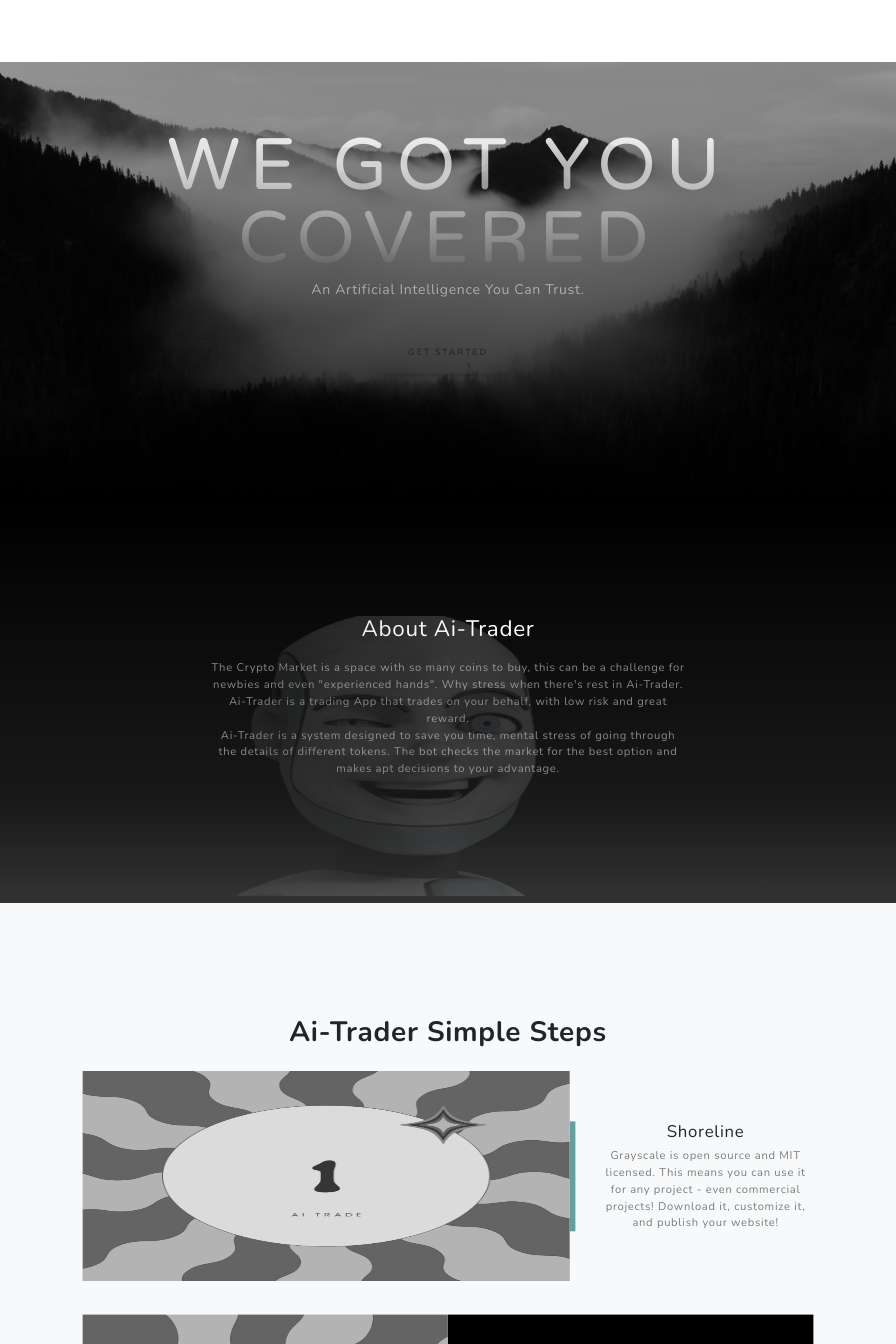
Repository: seyicoded/ico_one
Page: docs/index.html
These files come from the project's save history. The page is drawn as it stood at one moment and after the next save; the edit follows.
The browser window is 1280 px wide. The pictures show the part of the page from y = 0 to 1920 px (the page is 4178 px tall), at 70% of full size.

Above is the page before, as saved 2022-02-13 17:08:30.

### docs/index.html
<!DOCTYPE html>
<html lang="en">
    <head>
        <meta charset="utf-8" />
        <meta name="viewport" content="width=device-width, initial-scale=1, shrink-to-fit=no" />
        <meta name="description" content="" />
        <meta name="author" content="" />
        <title>Ai-Trader</title>
        <link rel="icon" type="image/x-icon" href="assets/favicon.ico" />
        <!-- Font Awesome icons (free version)-->
        <script src="https://use.fontawesome.com/releases/v5.15.4/js/all.js" crossorigin="anonymous"></script>
        <!-- Google fonts-->
        <link href="https://fonts.googleapis.com/css?family=Varela+Round" rel="stylesheet" />
        <link href="https://fonts.googleapis.com/css?family=Nunito:200,200i,300,300i,400,400i,600,600i,700,700i,800,800i,900,900i" rel="stylesheet" />
        <!-- Core theme CSS (includes Bootstrap)-->
        <link href="css/styles.css" rel="stylesheet" />
        <link href="css/animate.css" rel="stylesheet" />
        <link href="css/custom.css" rel="stylesheet" />
        <script src="js/jquery.js"></script>
        <script src="js/wow.js"></script>
        <script src="js/bs.js"></script>
        <script type="text/javascript">
            //Initiat WOW JS
            window.onload = function(){
                $("#loaderr").hide();
                new WOW().init();
            }
            // new WOW().init();
        </script>
        <style>
            #loaderr{
                position: fixed;
                z-index: 99;
                top: 0;
                bottom: 0;
                left: 0;
                right: 0;
                background: linear-gradient(grey, black);
                display: flex;
                justify-content: center;
                align-items: center;
            }
            #skip-loader{
                position: fixed;
                bottom: 3%;
                right: 3%;
                background-color: transparent;
                color: white;
                border: none;
            }
        </style>
    </head>
    <body id="page-top">
        <!--  loader start -->
        <div id="loaderr">
            <img src="assets/svg/Spin-0.5s-247px.svg" />
            <button id="skip-loader" onclick="$('#loaderr').hide()">skip</button>
        </div>
        <!-- loader stop -->

        <!-- Navigation-->
        <nav class="navbar navbar-expand-lg navbar-light fixed-top" id="mainNav">
            <div class="container px-4 px-lg-5">
                <a class="navbar-brand" href="#page-top">Ai-Trader</a>
                <button class="navbar-toggler navbar-toggler-right" type="button" data-bs-toggle="collapse" data-bs-target="#navbarResponsive" aria-controls="navbarResponsive" aria-expanded="false" aria-label="Toggle navigation">
                    Menu
                    <i class="fas fa-bars"></i>
                </button>
                <div class="collapse navbar-collapse" id="navbarResponsive">
                    <ul class="navbar-nav ms-auto">
                        <li class="nav-item"><a class="nav-link" href="#about">About</a></li>
                        <li class="nav-item"><a class="nav-link" href="#projects">Projects</a></li>
                        <li class="nav-item"><a class="nav-link" href="#signup">Contact</a></li>
                    </ul>
                </div>
            </div>
        </nav>
        <!-- Masthead-->
        <header class="masthead">
            <div class="container px-4 px-lg-5 d-flex h-100 align-items-center justify-content-center">
                <div class="d-flex justify-content-center">
                    <div class="text-center">
                        <h1 class="mx-auto my-0 text-uppercase wow fadeIn animated" data-wow-duration="1090ms" data-wow-delay="1000ms">We Got You Covered</h1>
                        <h2 class="text-white-50 mx-auto mt-2 mb-5 wow fadeIn animated" data-wow-duration="1090ms" data-wow-delay="1300ms">An Artificial Intelligence You Can Trust.</h2>
                        <a class="btn btn-tertiary wow fadeIn animated" style="color: white !important; font-weight: bolder; display: none !important;;" href="#about"  data-wow-duration="1090ms" data-wow-delay="1600ms">Get Started</a>
                    </div>
                </div>
            </div>
        </header>
        <!-- About-->
        <section class="about-section text-center" id="about">
            <div class="container px-4 px-lg-5">
                <div class="row gx-4 gx-lg-5 justify-content-center">
                    <div class="col-lg-8">
                        <h2 class="text-white mb-4">About Ai-Trader</h2>
                        <p class="text-white-50">
                            The Crypto Market is a space with so many coins to buy, this can be a challenge for newbies and even "experienced hands". Why stress when there's rest in Ai-Trader. <br />
                            Ai-Trader is a trading App that trades on your behalf, with low risk and great reward. <br />
                            Ai-Trader is a system designed to save you time, mental stress of going through the details of different tokens. The bot checks the market for the best option and makes apt decisions to your advantage.
                        </p>
                    </div>
                    <img class="img-fluid" src="assets/img/ipad.png" style="filter: grayscale(80%); position: absolute; opacity: 19%; height: 400px;" alt="..." />
                </div>
                <!-- <img class="img-fluid" src="assets/img/ipad.png" style="filter: grayscale(80%); position: absolute; opacity: 30%;" alt="..." /> -->
                <div style="height: 100px;">&nbsp;</div>
            </div>
        </section>
        <!-- Projects-->
        <section class="projects-section bg-light" id="projects">
            <div class="container px-4 px-lg-5">
                <h1 style="text-align: center; font-weight: bold;">Ai-Trader Simple Steps</h1>
                <br />
                <!-- Featured Project Row-->
                <div class="row gx-0 mb-4 mb-lg-5 align-items-center">
                    <div class="col-xl-8 col-lg-7"><img class="img-fluid mb-3 mb-lg-0" src="assets/count/1.png" style="height: 300px; width: 100%; filter: grayscale(80);" alt="..." /></div>
                    <div class="col-xl-4 col-lg-5">
                        <div class="featured-text text-center text-lg-left">
                            <h4>Shoreline</h4>
                            <p class="text-black-50 mb-0">Grayscale is open source and MIT licensed. This means you can use it for any project - even commercial projects! Download it, customize it, and publish your website!</p>
                        </div>
                    </div>
                </div>
                <!-- Project One Row-->
                <div class="row gx-0 mb-5 mb-lg-0 justify-content-center">
                    <div class="col-lg-6"><img class="img-fluid" src="assets/count/2.png" style="filter: grayscale(80);" alt="..." /></div>
                    <div class="col-lg-6">
                        <div class="bg-black text-center h-100 project">
                            <div class="d-flex h-100">
                                <div class="project-text w-100 my-auto text-center text-lg-left">
                                    <h4 class="text-white">Misty</h4>
                                    <p class="mb-0 text-white-50">An example of where you can put an image of a project, or anything else, along with a description.</p>
                                    <hr class="d-none d-lg-block mb-0 ms-0" />
                                </div>
                            </div>
                        </div>
                    </div>
                </div>
                <!-- Project Two Row-->
                <div class="row gx-0 justify-content-center">
                    <div class="col-lg-6"><img class="img-fluid" src="assets/count/3.png" style="filter: grayscale(80);" alt="..." /></div>
                    <div class="col-lg-6 order-lg-first">
                        <div class="bg-black text-center h-100 project">
                            <div class="d-flex h-100">
                                <div class="project-text w-100 my-auto text-center text-lg-right">
                                    <h4 class="text-white">Mountains</h4>
                                    <p class="mb-0 text-white-50">Another example of a project with its respective description. These sections work well responsively as well, try this theme on a small screen!</p>
                                    <hr class="d-none d-lg-block mb-0 me-0" />
                                </div>
                            </div>
                        </div>
                    </div>
                </div>
            </div>
        </section>
        <!-- Signup-->
        <section class="signup-section" id="signup">
            <div class="container px-4 px-lg-5">
                <div class="row gx-4 gx-lg-5">
                    <div class="col-md-10 col-lg-8 mx-auto text-center">
                        <i class="far fa-paper-plane fa-2x mb-2 text-white"></i>
                        <h2 class="text-white mb-5">Subscribe to receive updates!</h2>
                        <!-- * * * * * * * * * * * * * * *-->
                        <!-- * * SB Forms Contact Form * *-->
                        <!-- * * * * * * * * * * * * * * *-->
                        <!-- This form is pre-integrated with SB Forms.-->
                        <!-- To make this form functional, sign up at-->
                        <!-- https://startbootstrap.com/solution/contact-forms-->
                        <!-- to get an API token!-->
                        <form class="form-signup" id="contactForm" data-sb-form-api-token="API_TOKEN">
                            <!-- Email address input-->
                            <div class="row input-group-newsletter">
                                <div class="col"><input class="form-control" id="emailAddress" type="email" placeholder="Enter email address..." aria-label="Enter email address..." data-sb-validations="required,email" /></div>
                                <div class="col-auto"><button class="btn btn-primary disabled" id="submitButton" type="submit">Notify Me!</button></div>
                            </div>
                            <div class="invalid-feedback mt-2" data-sb-feedback="emailAddress:required">An email is required.</div>
                            <div class="invalid-feedback mt-2" data-sb-feedback="emailAddress:email">Email is not valid.</div>
                            <!-- Submit success message-->
                            <!---->
                            <!-- This is what your users will see when the form-->
                            <!-- has successfully submitted-->
                            <div class="d-none" id="submitSuccessMessage">
                                <div class="text-center mb-3 mt-2 text-white">
                                    <div class="fw-bolder">Form submission successful!</div>
                                    To activate this form, sign up at
                                    <br />
                                    <a href="https://startbootstrap.com/solution/contact-forms">https://startbootstrap.com/solution/contact-forms</a>
                                </div>
                            </div>
                            <!-- Submit error message-->
                            <!---->
                            <!-- This is what your users will see when there is-->
                            <!-- an error submitting the form-->
                            <div class="d-none" id="submitErrorMessage"><div class="text-center text-danger mb-3 mt-2">Error sending message!</div></div>
                        </form>
                    </div>
                </div>
            </div>
        </section>
        <!-- Contact-->
        <section class="contact-section bg-black">
            <div class="container px-4 px-lg-5">
                <div class="row gx-4 gx-lg-5">
                    <div class="col-md-4 mb-3 mb-md-0">
                        <div class="card py-4 h-100">
                            <div class="card-body text-center">
                                <i class="fas fa-map-marked-alt text-primary mb-2"></i>
                                <h4 class="text-uppercase m-0">Address</h4>
                                <hr class="my-4 mx-auto" />
                                <div class="small text-black-50">4923 Market Street, Orlando FL</div>
                            </div>
                        </div>
                    </div>
                    <div class="col-md-4 mb-3 mb-md-0">
                        <div class="card py-4 h-100">
                            <div class="card-body text-center">
                                <i class="fas fa-envelope text-primary mb-2"></i>
                                <h4 class="text-uppercase m-0">Email</h4>
                                <hr class="my-4 mx-auto" />
                                <div class="small text-black-50"><a href="#!">hello@yourdomain.com</a></div>
                            </div>
                        </div>
                    </div>
                    <div class="col-md-4 mb-3 mb-md-0">
                        <div class="card py-4 h-100">
                            <div class="card-body text-center">
                                <i class="fas fa-mobile-alt text-primary mb-2"></i>
                                <h4 class="text-uppercase m-0">Phone</h4>
                                <hr class="my-4 mx-auto" />
                                <div class="small text-black-50">+1 (555) 902-8832</div>
                            </div>
                        </div>
                    </div>
                </div>
                <div class="social d-flex justify-content-center">
                    <a class="mx-2" href="#!"><i class="fab fa-twitter"></i></a>
                    <a class="mx-2" href="#!"><i class="fab fa-facebook-f"></i></a>
                    <a class="mx-2" href="#!"><i class="fab fa-github"></i></a>
                </div>
            </div>
        </section>
        <!-- Footer-->
        <footer class="footer bg-black small text-center text-white-50"><div class="container px-4 px-lg-5">Copyright &copy; Your Website 2021</div></footer>
        <!-- Bootstrap core JS-->
        <script src="https://cdn.jsdelivr.net/npm/bootstrap@5.1.3/dist/js/bootstrap.bundle.min.js"></script>
        <!-- Core theme JS-->
        <script src="js/scripts.js"></script>

        <!-- * * * * * * * * * * * * * * * * * * * * * * * * * * * * * * * * * * * * * * * *-->
        <!-- * *                               SB Forms JS                               * *-->
        <!-- * * Activate your form at https://startbootstrap.com/solution/contact-forms * *-->
        <!-- * * * * * * * * * * * * * * * * * * * * * * * * * * * * * * * * * * * * * * * *-->
        <script src="https://cdn.startbootstrap.com/sb-forms-latest.js"></script>
    </body>
</html>

### docs/js/scripts.js
/*!
* Start Bootstrap - Grayscale v7.0.4 (https://startbootstrap.com/theme/grayscale)
* Copyright 2013-2021 Start Bootstrap
* Licensed under MIT (https://github.com/StartBootstrap/startbootstrap-grayscale/blob/master/LICENSE)
*/
//
// Scripts
//

window.addEventListener('DOMContentLoaded', event => {

    // Navbar shrink function
    var navbarShrink = function () {
        const navbarCollapsible = document.body.querySelector('#mainNav');
        if (!navbarCollapsible) {
            return;
        }
        if (window.scrollY === 0) {
            navbarCollapsible.classList.remove('navbar-shrink')
        } else {
            navbarCollapsible.classList.add('navbar-shrink')
        }

    };

    // Shrink the navbar
    navbarShrink();

    // Shrink the navbar when page is scrolled
    document.addEventListener('scroll', navbarShrink);

    // Activate Bootstrap scrollspy on the main nav element
    const mainNav = document.body.querySelector('#mainNav');
    if (mainNav) {
        new bootstrap.ScrollSpy(document.body, {
            target: '#mainNav',
            offset: 74,
        });
    };

    // Collapse responsive navbar when toggler is visible
    const navbarToggler = document.body.querySelector('.navbar-toggler');
    const responsiveNavItems = [].slice.call(
        document.querySelectorAll('#navbarResponsive .nav-link')
    );
    responsiveNavItems.map(function (responsiveNavItem) {
        responsiveNavItem.addEventListener('click', () => {
            if (window.getComputedStyle(navbarToggler).display !== 'none') {
                navbarToggler.click();
            }
        });
    });

});

Loaded but not shown: docs/css/styles.css (library); docs/css/animate.css (library); docs/js/jquery.js (library); docs/js/wow.js (library); docs/js/bs.js (library); docs/css/custom.css (no stored copy; drawn as an empty file)

After the next save:
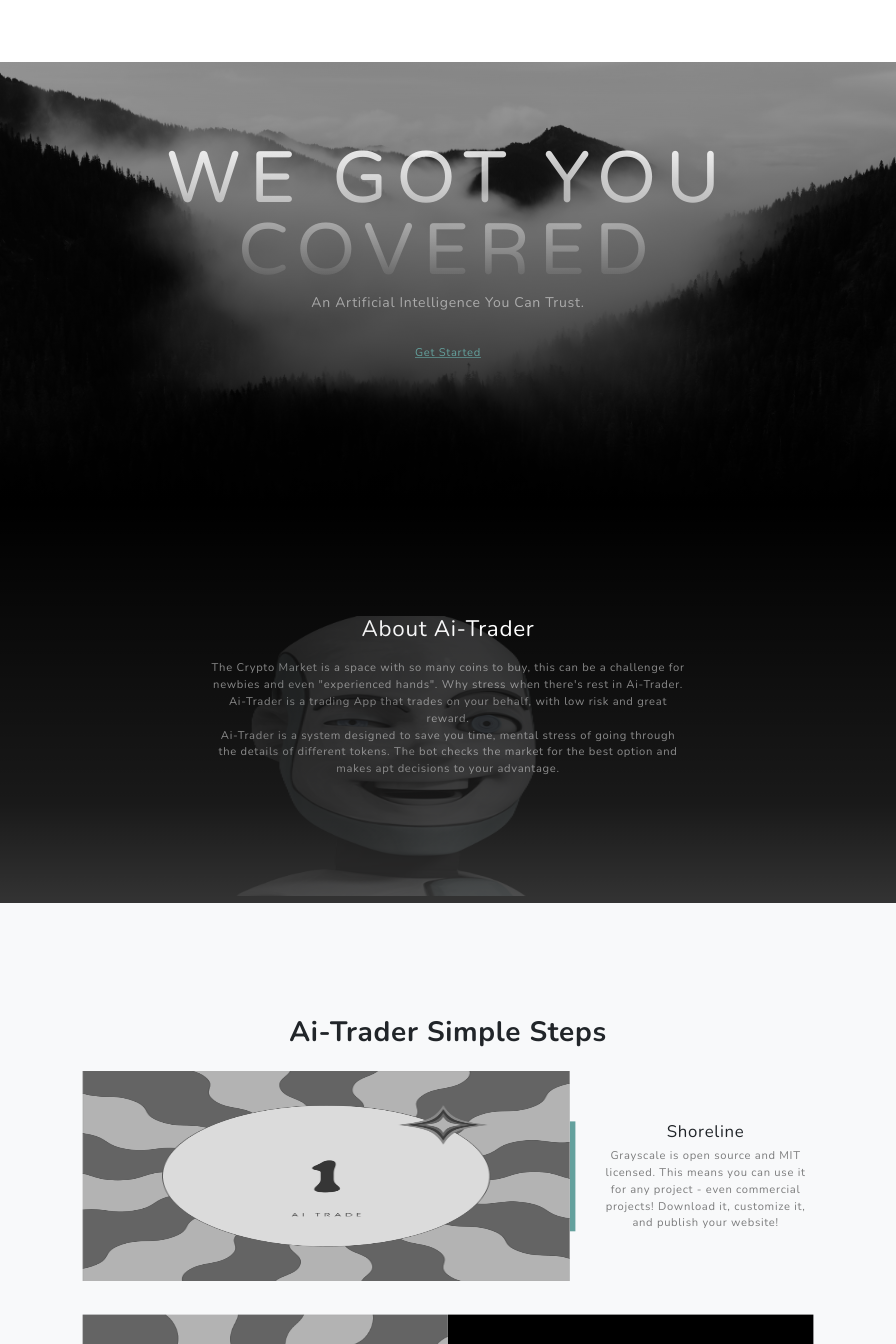
Saved 31 s later.
--- a/docs/index.html
+++ b/docs/index.html
@@ -82,7 +82,7 @@
                     <div class="text-center">
                         <h1 class="mx-auto my-0 text-uppercase wow fadeIn animated" data-wow-duration="1090ms" data-wow-delay="1000ms">We Got You Covered</h1>
                         <h2 class="text-white-50 mx-auto mt-2 mb-5 wow fadeIn animated" data-wow-duration="1090ms" data-wow-delay="1300ms">An Artificial Intelligence You Can Trust.</h2>
-                        <a class="btn btn-tertiary wow fadeIn animated" style="color: white !important; font-weight: bolder; display: none !important;;" href="#about"  data-wow-duration="1090ms" data-wow-delay="1600ms">Get Started</a>
+                        <a class=" wow fadeIn animated" style="color: white !important; font-weight: bolder; display: none !important;;" href="#about"  data-wow-duration="1090ms" data-wow-delay="1600ms">Get Started</a>
                     </div>
                 </div>
             </div>

After the save that followed:
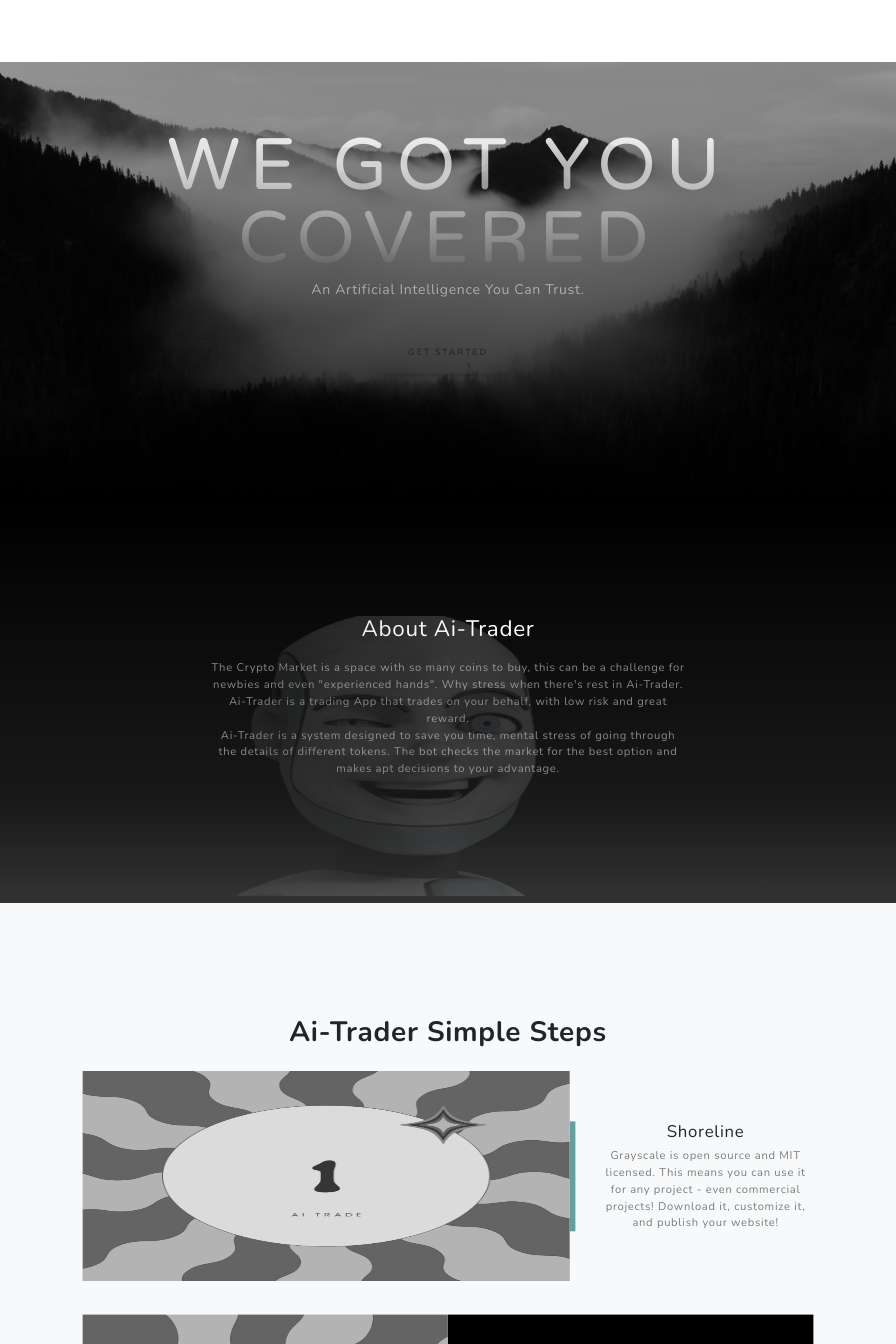
Saved 27 s later.
--- a/docs/index.html
+++ b/docs/index.html
@@ -82,7 +82,7 @@
                     <div class="text-center">
                         <h1 class="mx-auto my-0 text-uppercase wow fadeIn animated" data-wow-duration="1090ms" data-wow-delay="1000ms">We Got You Covered</h1>
                         <h2 class="text-white-50 mx-auto mt-2 mb-5 wow fadeIn animated" data-wow-duration="1090ms" data-wow-delay="1300ms">An Artificial Intelligence You Can Trust.</h2>
-                        <a class=" wow fadeIn animated" style="color: white !important; font-weight: bolder; display: none !important;;" href="#about"  data-wow-duration="1090ms" data-wow-delay="1600ms">Get Started</a>
+                        <a class="btn btn-whiet wow fadeIn animated" style="color: white !important; font-weight: bolder; display: none !important;;" href="#about"  data-wow-duration="1090ms" data-wow-delay="1600ms">Get Started</a>
                     </div>
                 </div>
             </div>
